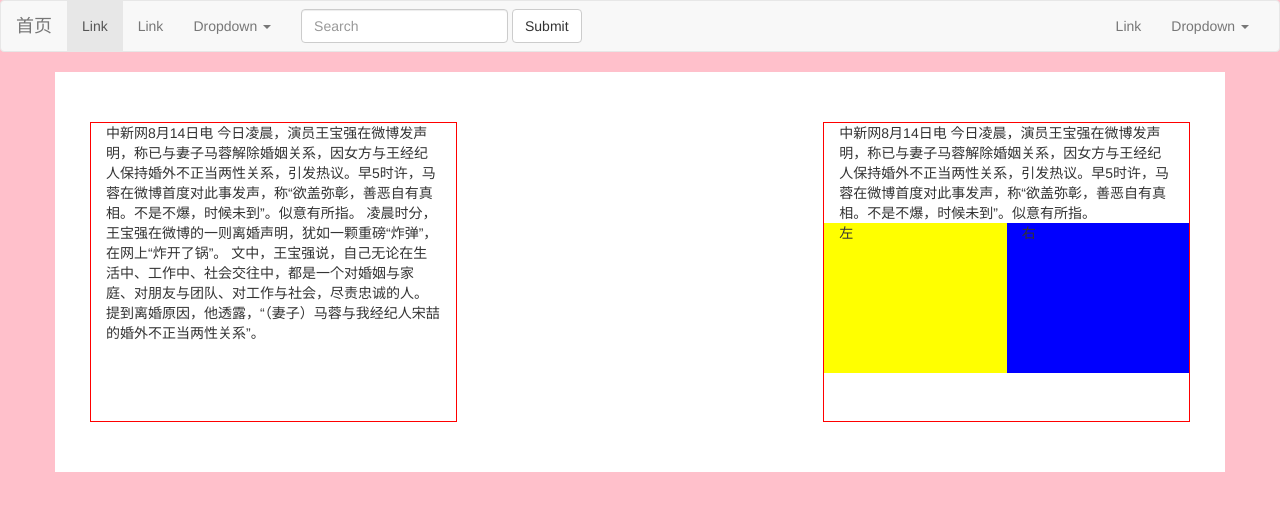
Repository: linkosong/mine
Page: workspaces/activity/src/main/webapp/index.html
An editor plug-in stored every save of this project. The page is shown before and after the next save, followed by the edit.
The browser window is 1280 px wide. The pictures show the whole page.

Above is the page before, as saved 2016-11-18 09:59:14.

After the next save:
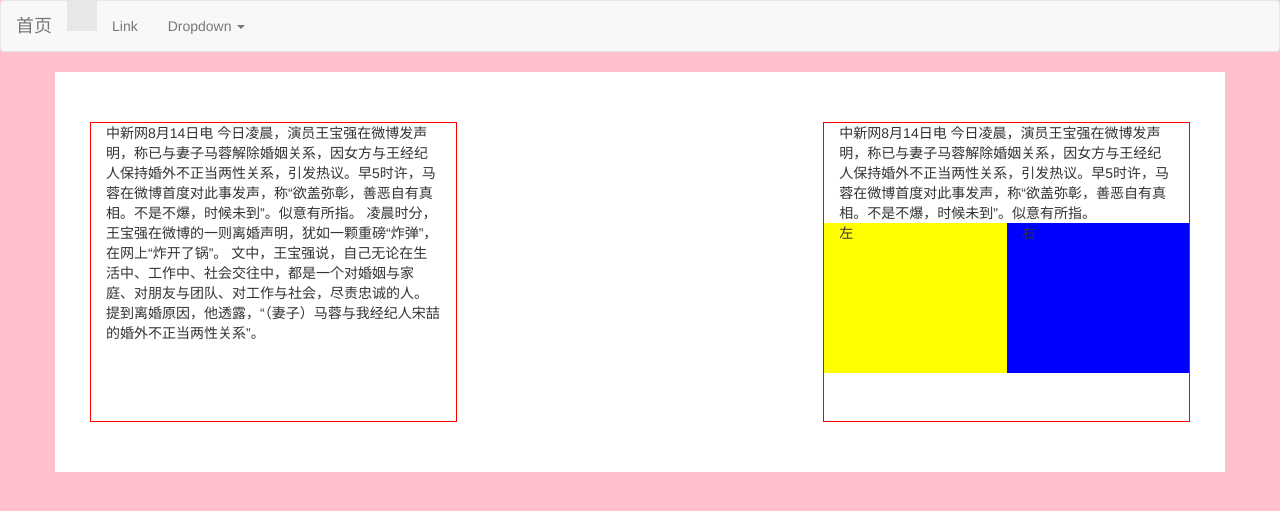
Saved 86 s later.
--- a/workspaces/activity/src/main/webapp/index.html
+++ b/workspaces/activity/src/main/webapp/index.html
@@ -27,7 +27,7 @@
     <!-- Collect the nav links, forms, and other content for toggling -->
     <div class="collapse navbar-collapse" id="bs-example-navbar-collapse-1">
       <ul class="nav navbar-nav">
-        <li class="active"><a href="#">Link</a></li>
+        <li class="active"><a href="#">	</a></li>
         <li><a href="#">Link</a></li>
         <li class="dropdown">
           <a href="#" class="dropdown-toggle" data-toggle="dropdown">Dropdown <span class="caret"></span></a>
@@ -42,25 +42,25 @@
           </ul>
         </li>
       </ul>
-      <form class="navbar-form navbar-left" role="search">
-        <div class="form-group">
-          <input type="text" class="form-control" placeholder="Search">
-        </div>
-        <button type="submit" class="btn btn-default">Submit</button>
-      </form>
-      <ul class="nav navbar-nav navbar-right">
-        <li><a href="#">Link</a></li>
-        <li class="dropdown">
-          <a href="#" class="dropdown-toggle" data-toggle="dropdown">Dropdown <span class="caret"></span></a>
-          <ul class="dropdown-menu" role="menu">
-            <li><a href="#">Action</a></li>
-            <li><a href="#">Another action</a></li>
-            <li><a href="#">Something else here</a></li>
-            <li class="divider"></li>
-            <li><a href="#">Separated link</a></li>
-          </ul>
-        </li>
-      </ul>
+<!--       <form class="navbar-form navbar-left" role="search"> -->
+<!--         <div class="form-group"> -->
+<!--           <input type="text" class="form-control" placeholder="Search"> -->
+<!--         </div> -->
+<!--         <button type="submit" class="btn btn-default">Submit</button> -->
+<!--       </form> -->
+<!--       <ul class="nav navbar-nav navbar-right"> -->
+<!--         <li><a href="#">Link</a></li> -->
+<!--         <li class="dropdown"> -->
+<!--           <a href="#" class="dropdown-toggle" data-toggle="dropdown">Dropdown <span class="caret"></span></a> -->
+<!--           <ul class="dropdown-menu" role="menu"> -->
+<!--             <li><a href="#">Action</a></li> -->
+<!--             <li><a href="#">Another action</a></li> -->
+<!--             <li><a href="#">Something else here</a></li> -->
+<!--             <li class="divider"></li> -->
+<!--             <li><a href="#">Separated link</a></li> -->
+<!--           </ul> -->
+<!--         </li> -->
+<!--       </ul> -->
     </div><!-- /.navbar-collapse -->
   </div><!-- /.container-fluid -->
 </nav>
